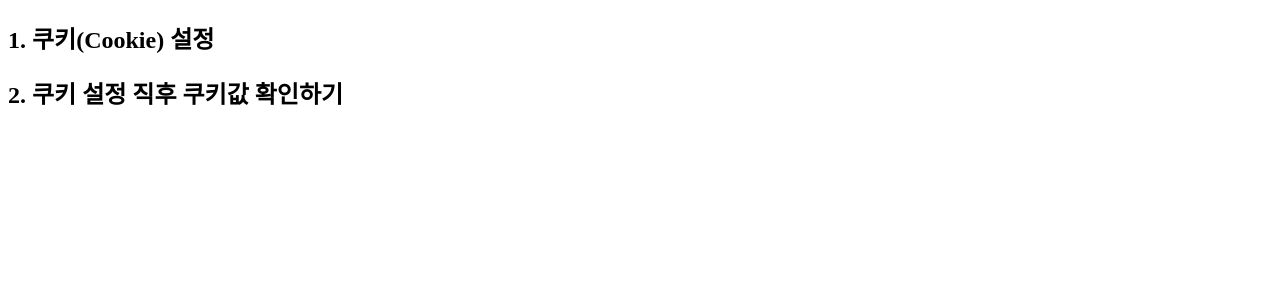
Repository: SteelIndustry/neo
Page: http://localhost/HelloWorld/04Cookie/CookieMain.jsp
The author's editor kept a copy of each file at every save. The page is drawn from the files as they stood at one save, then again after the next save.
The browser window is 1280 px wide. The pictures show the whole page.
The page is served by Tomcat 9. Other server files are loaded and not shown.

Above is the page before, as saved 2022-09-05 07:05:03.

### WebJSP/HelloWorld/WebContent/04Cookie/CookieMain.jsp
<%@ page language="java" contentType="text/html; charset=UTF-8"
    pageEncoding="UTF-8"
    trimDirectiveWhitespaces="true"%>
<!DOCTYPE html>
<html>
<head>
<meta charset="UTF-8">
<title>Cookie</title>
</head>
<body>

	<h2>1. 쿠키(Cookie) 설정</h2>
	<%
	Cookie cookie = new Cookie("myCookie", "쿠키맛나요");
	cookie.setPath(request.getContextPath());
	cookie.setMaxAge(3600);
	response.addCookie(cookie);
	%>

	<h2>2. 쿠키 설정 직후 쿠키값 확인하기</h2>
	<%
	Cookie[] cookies = request.getCookies();
	if (cookies != null)
	{
		for (Cookie c : cookies)
		{
			String cookieName = c.getName();
			String cookieValue = c.getValue();

			out.println(String.format("%s : %s<br/>", cookieName, cookieValue));
		}
	}
	%>

</body>
</html>

After the next save:
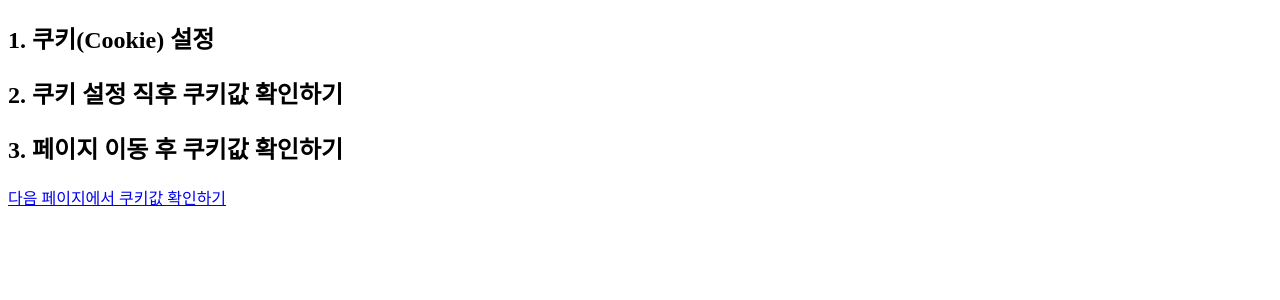
Saved 2 min 53 s later.
--- a/WebJSP/HelloWorld/WebContent/04Cookie/CookieMain.jsp
+++ b/WebJSP/HelloWorld/WebContent/04Cookie/CookieMain.jsp
@@ -32,5 +32,10 @@
 	}
 	%>
 
+	<h2>3. 페이지 이동 후 쿠키값 확인하기</h2>
+	<a href="CookieResult.jsp">
+		다음 페이지에서 쿠키값 확인하기
+	</a>
+
 </body>
 </html>
